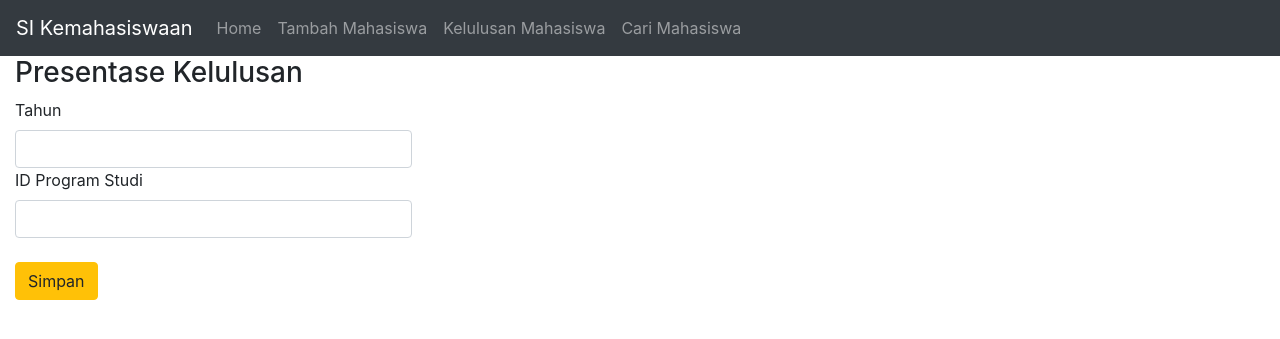
Repository: apap-ekstensi-2018/tugas1_1706106803
Page: http://localhost/kelulusan
The author's editor kept a copy of each file at every save. The page is drawn from the files as they stood at one save, then again after the next save.
The browser window is 1280 px wide. The pictures show the whole page.
The page is this project's Thymeleaf template; nobody is signed in. The template is opened directly, without the code that normally fills it, so the values that code supplies are empty.

Above is the page before, as saved 2018-04-03 14:56:05.

After the next save:
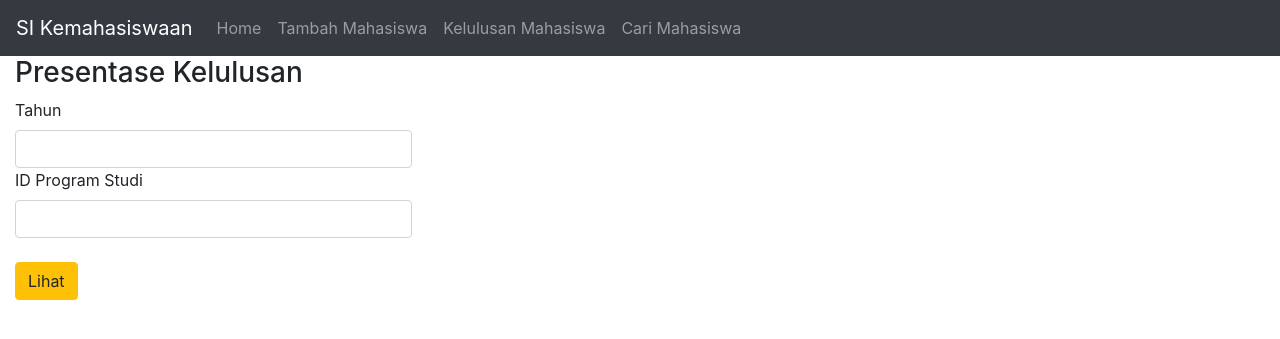
Saved 52 s later.
--- a/tugas1/src/main/resources/templates/kelulusan.html
+++ b/tugas1/src/main/resources/templates/kelulusan.html
@@ -25,7 +25,7 @@
 				</div>
 				<br>
 				<div class="col-4">
-					<button type="submit" class="btn btn-warning">Simpan</button>
+					<button type="submit" class="btn btn-warning">Lihat</button>
 				</div>
 			</div>
 		</form>
